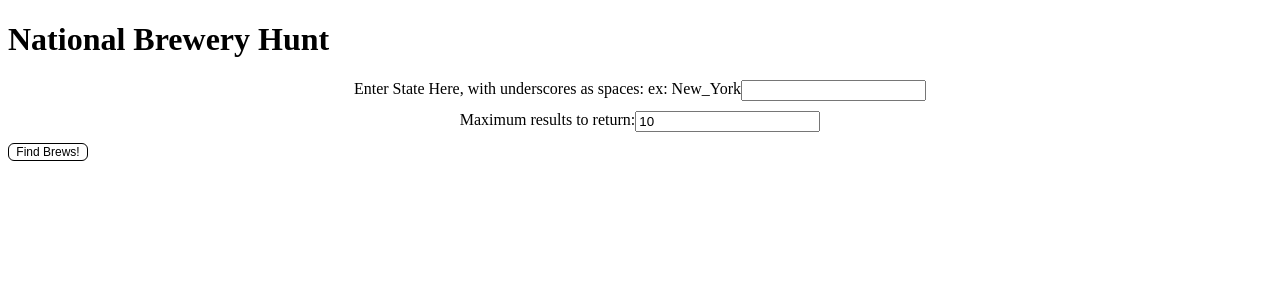
Repository: kaitlynMidori/searchBrews
Page: index.html
These files come from the project's save history. The page is drawn as it stood at one moment and after the next save; the edit follows.
The browser window is 1280 px wide. The pictures show the whole page.

Above is the page before, as saved 2020-12-29 10:20:53.

### index.html
<!DOCTYPE html>
<html lang="en">

<head>
    <meta charset="UTF-8" />
    <meta name="viewport" content="width=device-width, initial-scale=1.0" />
    <meta http-equiv="X-UA-Compatible" content="ie=edge" />
    <title>National Brewery Hunt</title>
    <link rel="stylesheet" href="style.css" />
</head>

<body>
    <div id="container">
        <h1>National Brewery Hunt</h1>

        <form id="search-form">
            <p>
                <label for="by_state">Enter State Here, with underscores as spaces: ex: New_York</label>
                    <input type="text" name="by_state" id="by_state" required />
            </p>

            <p>
                <label for="max-results">Maximum results to return: </label>
                    <input type="number" name="max-results" id="max-results" value="10" />
            </p>

                <input type="submit" value="Find Brews!" class="submit" />
        </form>

        <p id="error-message"></p>
        <section id="results" class="hidden">
            <h2>Search results</h2>
            <ul id="results-list"></ul>
        </section>
    </div>
    <script src="https://code.jquery.com/jquery-3.3.1.js" integrity="sha256-2Kok7MbOyxpgUVvAk/HJ2jigOSYS2auK4Pfzbm7uH60=" crossorigin="anonymous"></script>
    <script src="script.js"></script>
</body>

</html>
<!-- This app doesn't follow a11y best practices, and the JS file is incomplete. Complete the getBreweries, displayResults, and watchSubmit functions. When you're done, this app should allow a user to search for a state, and display a list of breweries in that state. The list should include the brewery's name and a link to their website. You should make requests to this API: https://www.openbrewerydb.org/ . Make any necessary adjustments to make this app accessible. -->

### style.css


.results-amount {
    border: 1px solid black;
    font-size: 12px;
    text-align: center;
}

.submit {
    border: 1px solid black;
}

.hidden {
    display: none;
}

.heading {
    text-align: center;
    font-size: 50px;
}

.user-request-form {
    text-align: center;
    display: flex;
    flex-direction: column;
    width: auto;
    border: 1px solid black;
    padding: 30px;
    margin-left: 100px;
    margin-right: 100px;
    margin-bottom: 50px;
    border-radius: 8px;
}

legend {
    text-align: center;
}

p {
    margin: 10px;
    display: flex;
    width: auto;
    justify-content: center;
}

.results-amount {
    margin: auto;
    width: 50px;
    height: 25px;
    padding: 0px;
    text-align: center;
    margin-bottom: 10px;
    margin-top: 10px;
    border-radius: 6px;
}

.submit {
    background-color: transparent;
    width: 80px;
    height: 18px;
    margin: auto;
    border-radius: 6px;
    padding: 1px;
    font-size: 12px;
}



.submit:hover {
    cursor: pointer;
}

.results-amount:hover {
    cursor: text;
}


/*Results Styling*/

.results-display-container {
    margin: auto;
}

.single-result {
    border: 1px solid rgb(177, 175, 175);
    margin: auto;
    border-radius: 8px;
    box-shadow: -1px 2px rgb(209, 209, 209);
    padding: 15px;
    width: 1000px;
    margin-bottom: 15px;
}

### script.js
"use strict";

// put your own value below!

const searchURL = encodeURI(`https://api.openbrewerydb.org/breweries`);

 //new params
function formatQueryParams(params) {
   const queryItems = Object.keys(params)
     .map(key => `${key}=${params[key]}`)
   return queryItems.join('&');
 }

function displayResults(responseJson, maxResults) {

    // if there are previous results, remove them
    console.log(responseJson);
    $("#results-list").empty();

    // iterate through the data array
    for (let i = 0; i < responseJson.length; i++) {
    $("#results-list").append(`<li class="each-product-result">
    <h3 class="product-name">${responseJson[i].name}</h3>

    <br>

    <p class="product-price">${responseJson[i].city}</p>
    <p class="product-description">${responseJson[i].website_url}</p>

    <br>

    </li>`
      )
  };

    //display the results section
    $("#results").removeClass("hidden");
}
function getBreweries(query, maxResults) {
    const params = {
        by_state: query,
        limit: maxResults,
    };
    const queryString = formatQueryParams(params);
    const url = searchURL + "?" + queryString;
    console.log(url);
    fetch(url)
        .then((response) => {
            if (response.ok) {
                return response.json();
            }
            throw new Error(response.statusText);
        })
        .then((responseJson) => displayResults(responseJson, maxResults))
        .catch((err) => {
            $("#error-message").text(`Something went wrong: ${err.message}`);
        });
}
function watchForm() {
    $("form").submit((event) => {
        event.preventDefault();
        let by_state = $("#by_state").val();
	by_state = by_state.replace(/\s/g, '');
        const maxResults = $("#max-results").val();
        getBreweries(by_state, maxResults);
    });
}

$(watchForm);

After the next save:
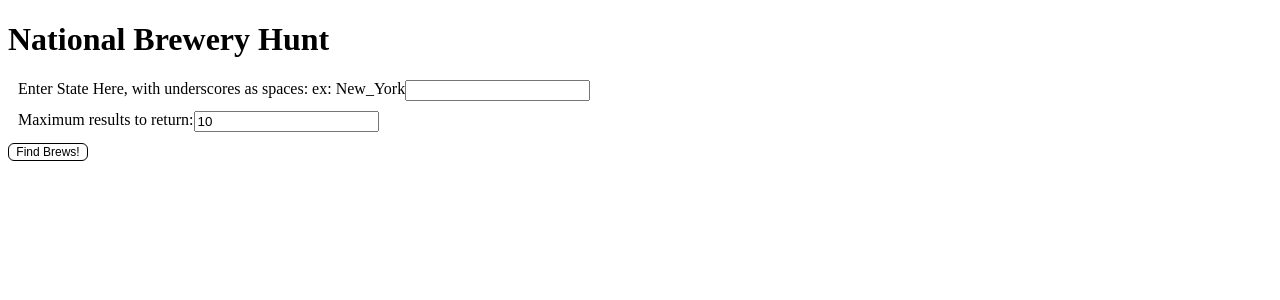
Saved 29 s later.
--- a/style.css
+++ b/style.css
@@ -40,7 +40,7 @@ p {
     margin: 10px;
     display: flex;
     width: auto;
-    justify-content: center;
+    justify-content: left;
 }
 
 .results-amount {
